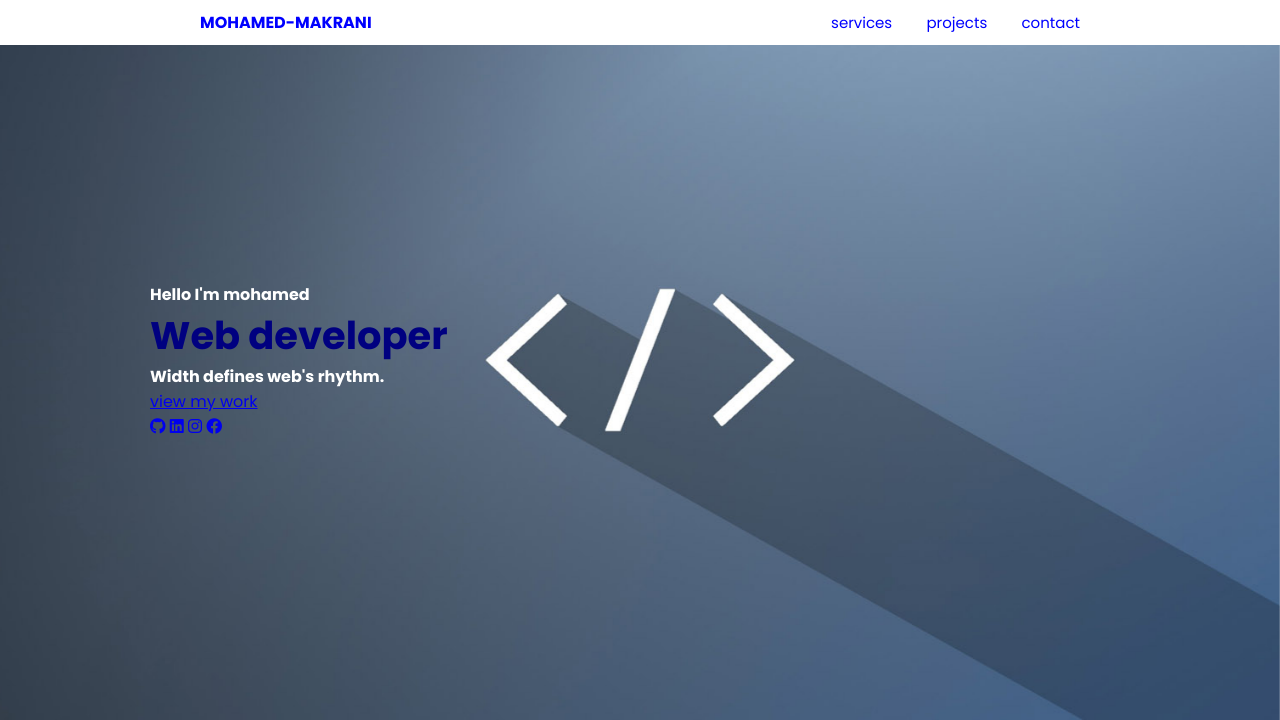
Repository: mohamed-makrani/Portfolio
Page: indixe.html
These files come from the project's save history. The page is drawn as it stood at one moment and after the next save; the edit follows.
The browser window is 1280 px wide. The pictures show the whole page.

Above is the page before, as saved 2023-09-16 14:27:25.

After the next save:
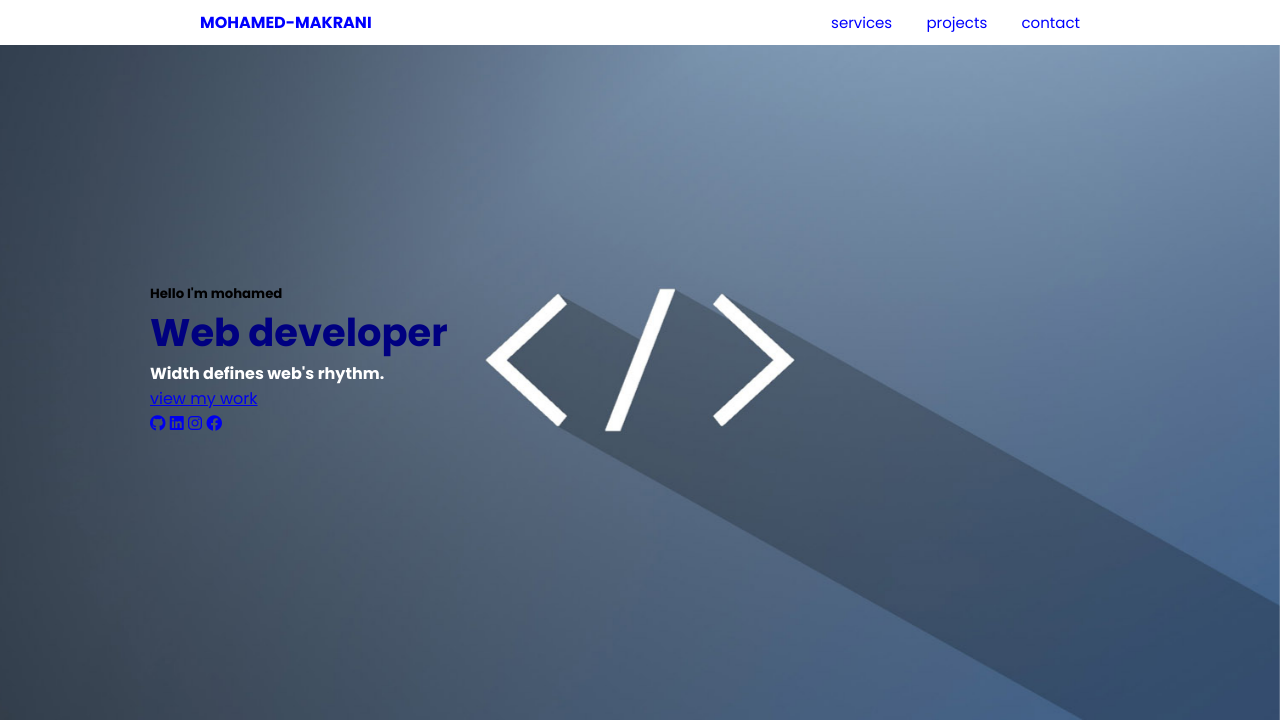
Saved 55 s later.
--- a/indixe.html
+++ b/indixe.html
@@ -19,7 +19,7 @@
     </header>
     <section class="main">
         <div>
-            <h4>Hello I'm mohamed </h4>
+            <h5>Hello I'm mohamed </h5>
             <h1>Web developer</h1>
             <h3>Width defines web's rhythm.</h3>
         <a href="#" class="main-button">view my work</a>

After the save that followed:
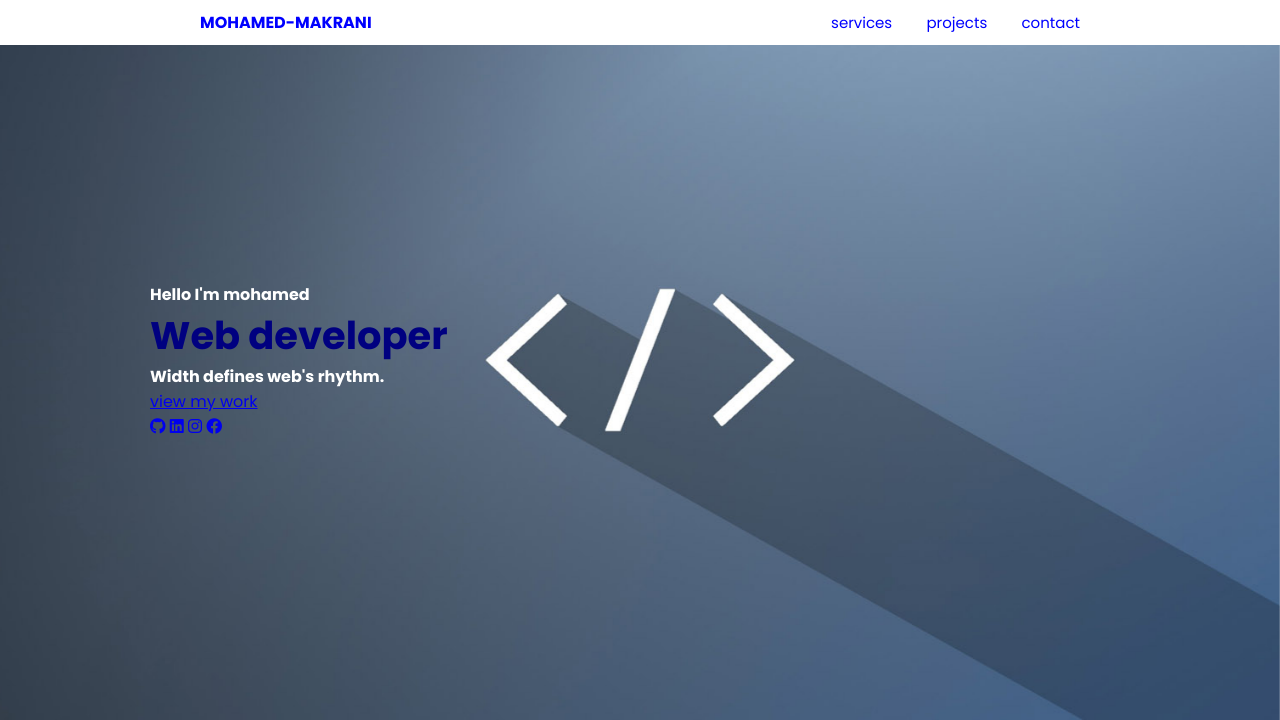
Saved 15 s later.
--- a/style.css
+++ b/style.css
@@ -57,7 +57,7 @@ color: blueviolet;
    background-attachment: fixed;
 
  }
- .main h4 {
+ .main h5 {
 
    color: white;
    font-weight:500px ;
